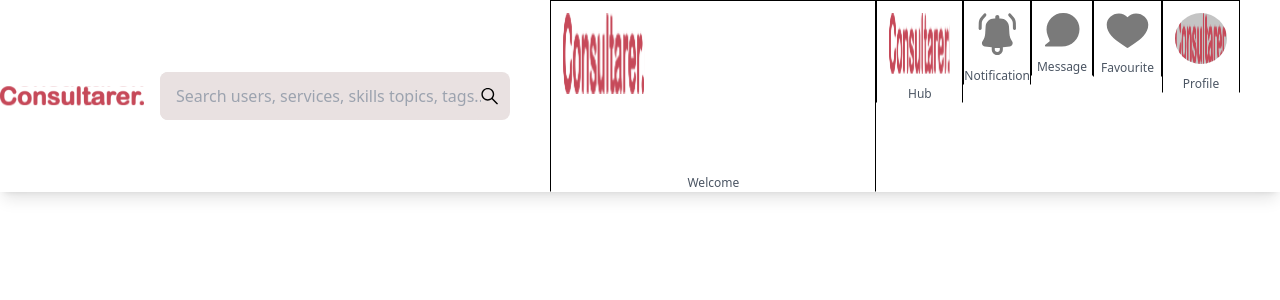
Repository: hisreal123/Consultarer
Page: /
The author's editor kept a copy of each file at every save. The page is drawn from the files as they stood at one save, then again after a run of saves.
The browser window is 1280 px wide. The pictures show the whole page.
The project was rebuilt for these pictures with package versions that can differ from the ones it lists, and the page was loaded fresh each time. The framework's server and built-in components were replaced by stand-ins that run in the browser. Also part of the build but not shown: next.config.js, webpack.config.js.

Above is the page before, as saved 2022-04-19 16:51:27.

After the next 2 saves:
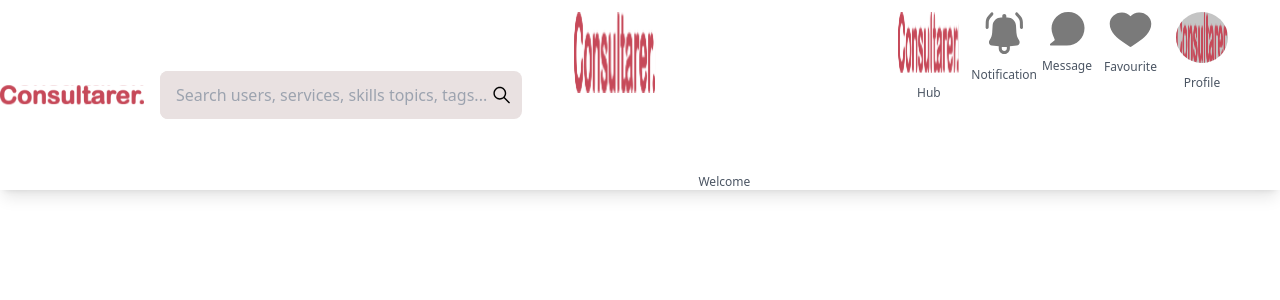
The 2 saves are shown as one change because they came seconds apart.
The last was saved 7 s later.
--- a/components/TopNav/NavItems.js
+++ b/components/TopNav/NavItems.js
@@ -7,7 +7,7 @@
       <ul>
         <li>
           <Link href="/#" passHref={true} className="group ">
-            <a className="lg:flex lg:flex-col lg:items-center hover:text-black lg:text-gray-600 lg:text-xs  trasition lg:border lg:hover:border-b-2  lg:border-black lg:border-b-white">
+            <a className="lg:flex lg:flex-col lg:items-center hover:text-black lg:text-gray-600 lg:text-xs  trasition lg:border-bottom lg:hover:border-b-2  lg:border-black lg:border-b-white">
               <span className="hover:text-green block lg:p-3  ">{icon}</span>
               <span className="font-normal hover:scale-105 transition-all">
                 {title}
